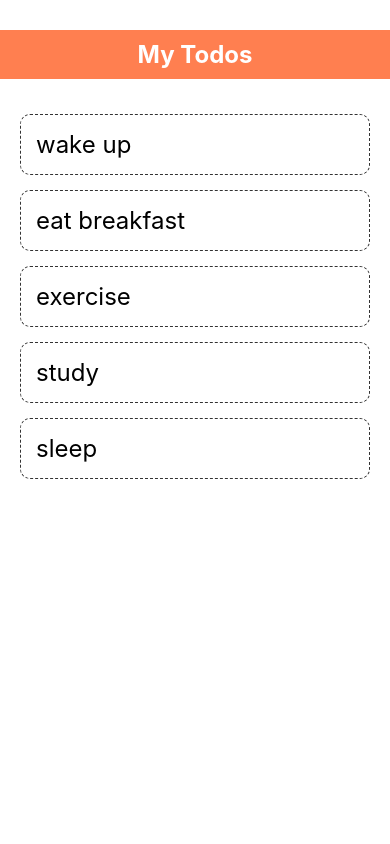
Repository: shiv0403/React-native-tutorial
Screen: /
An editor plug-in stored every save of this project. The screen is shown before and after the next save, followed by the edit.
The app was drawn by React Native's web renderer in a window 390 px wide. The project was rebuilt for these pictures with package versions that can differ from the ones it lists, and the page was loaded fresh each time.

Above is the screen before, as saved 2021-02-11 09:32:01.

After the next save:
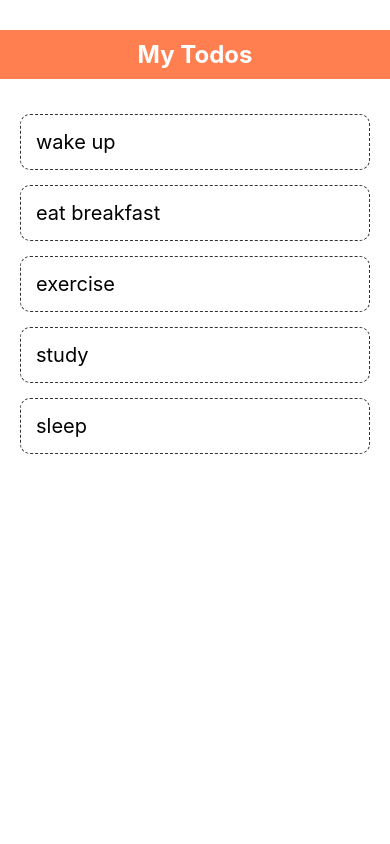
Saved 4 s later.
--- a/components/TodoItem.js
+++ b/components/TodoItem.js
@@ -11,7 +11,7 @@ export default function TodoItem({ item }) {
 
 const styles = StyleSheet.create({
   item: {
-    fontSize: 24,
+    fontSize: 20,
     padding: 15,
     marginTop: 15,
     borderWidth: 1,
